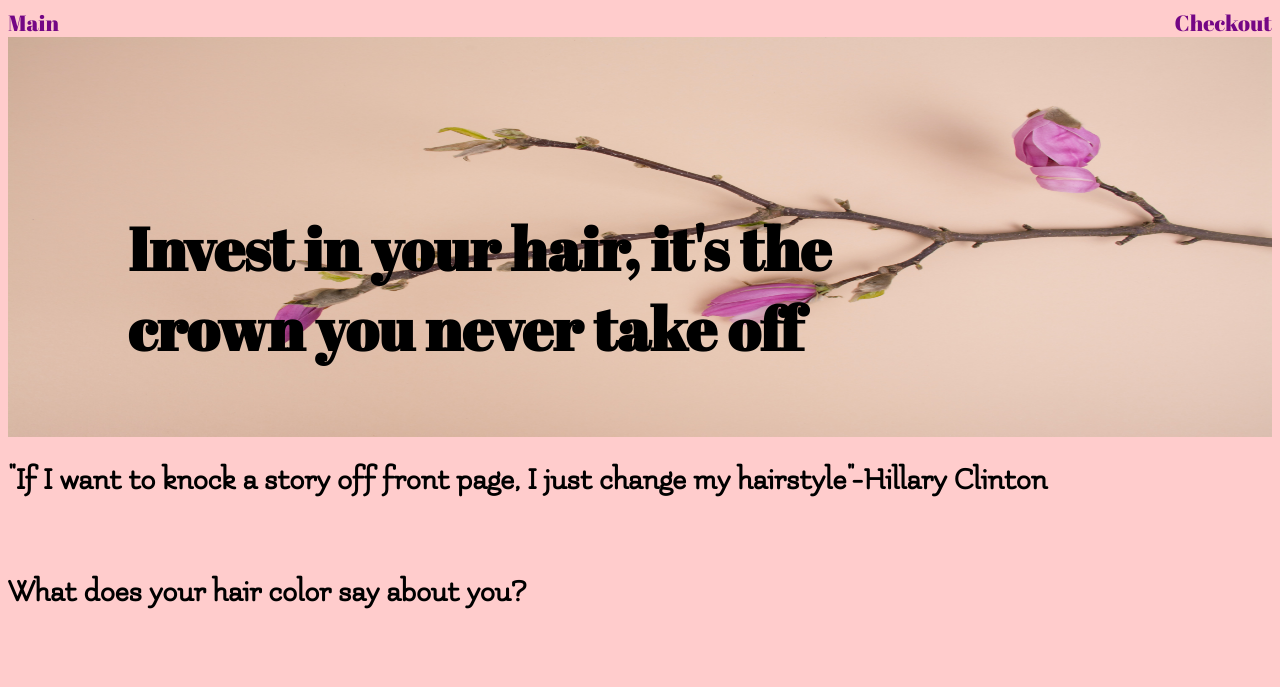
Repository: aarushi-07/Hair-and-Spa-booking-system
Page: http://localhost/salon/WEB-INF/jsp/hair.jsp
These files come from the project's save history. The page is drawn as it stood at one moment and after the next save; the edit follows.
The browser window is 1280 px wide. The pictures show the whole page.
The page is served by Tomcat 9. Nobody is signed in. The template is opened directly, without the code that normally fills it, so the values that code supplies are empty.

Above is the page before, as saved 2020-07-10 11:42:04.

After the next save:
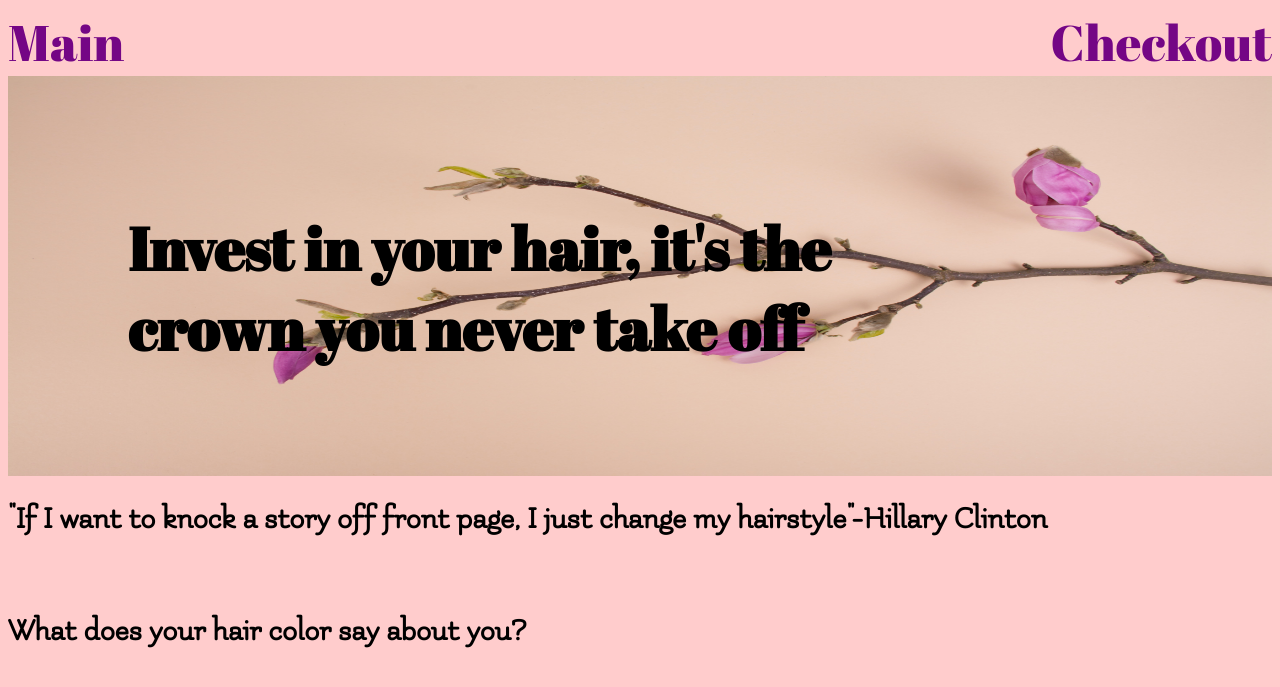
Saved 20 s later.
--- a/salon/src/main/webapp/resources/css/all.css
+++ b/salon/src/main/webapp/resources/css/all.css
@@ -54,13 +54,12 @@
 	border: none;
 	float: right;
 	font-family: "Abril Fatface";
-	font-size: 50px;
 }
 
 a:link {
 	text-decoration: none;
 	font-family: "Abril Fatface";
-	font-size: 22px;
+	font-size: 50px;
 	color: #740685;
 }
 
